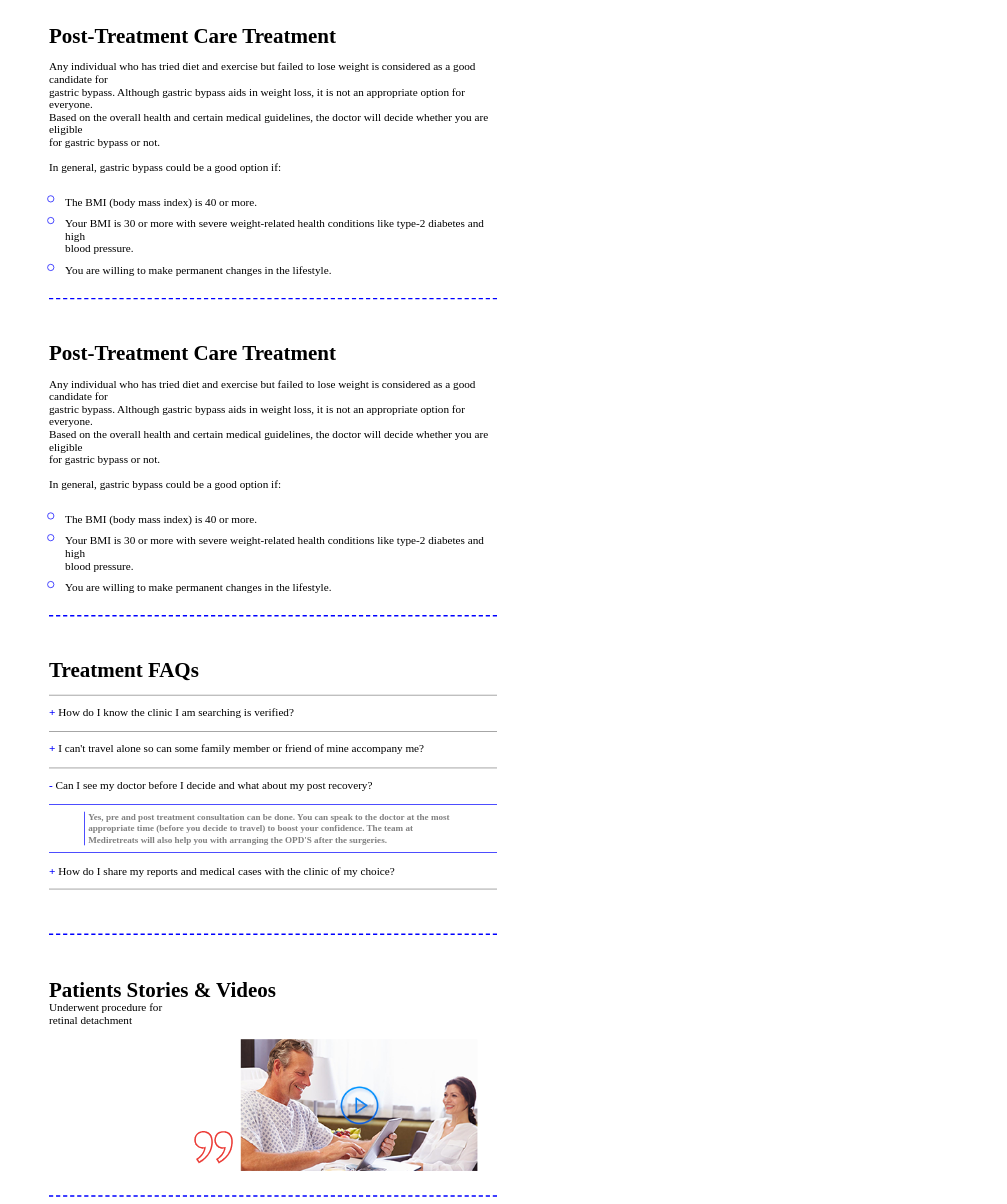
Repository: hetuk2005/webDevelopment
Page: Projects/Aafiya.html
An editor plug-in stored every save of this project. The page is shown before and after the next save, followed by the edit.
The browser window is 1280 px wide. The page is 1438 px wide, so the pictures cover 1438 px, including what lies to the right of the window. The pictures show the part of the page from y = 2721 to 4441 px (the page is 4441 px tall), at 70% of full size.

Above is the page before, as saved 2025-04-08 10:28:42.

After the next save:
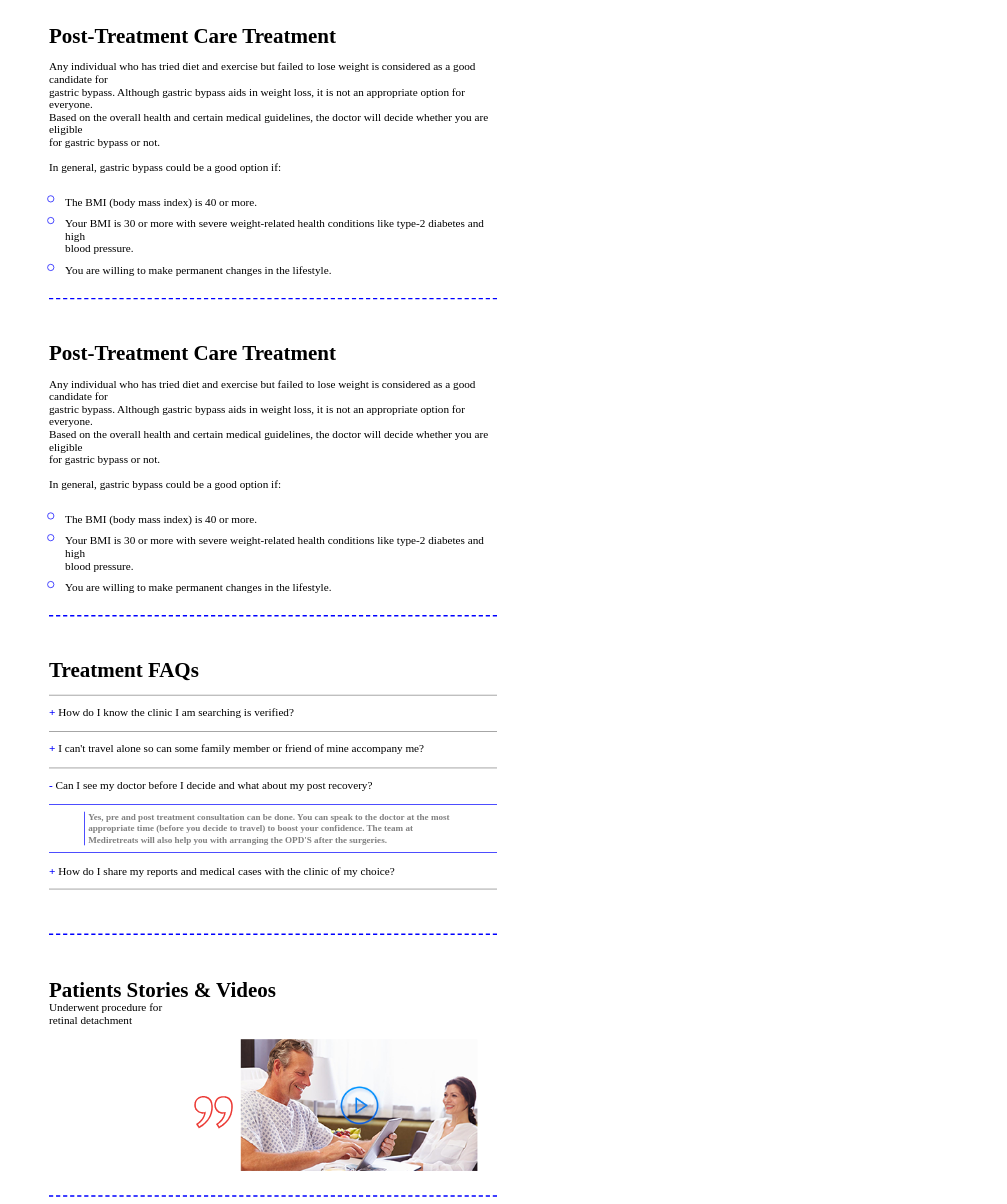
Saved 13 s later.
--- a/Projects/CSS/Aafiya.css
+++ b/Projects/CSS/Aafiya.css
@@ -513,6 +513,6 @@ span {
     height: 70px;
     width: 70px;
     margin-left: 200px;
-    /* margin-bottom: 50px; */
-    object-fit: contain;
-}
+    margin-bottom: 50px;
+    object-fit: contain;
+}
